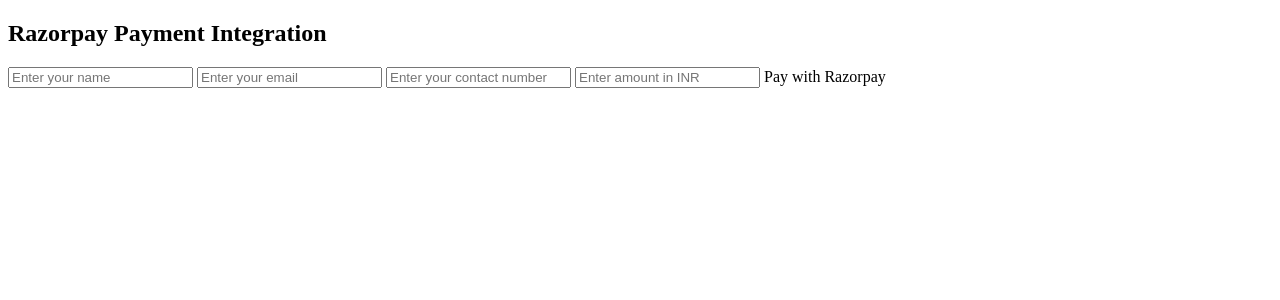
Repository: SharonSebastian32/razorpaypaymentgateway_implementation
Page: checkout.html
An editor plug-in stored every save of this project. The page is shown before and after a run of saves, followed by the edit.
The browser window is 1280 px wide. The pictures show the whole page.

Above is the page before, as saved 2024-08-08 18:53:16.

### checkout.html
<!DOCTYPE html>
<html lang="en">
  <head>
    <meta charset="UTF-8" />
    <meta name="viewport" content="width=device-width, initial-scale=1.0" />
    <title>Razorpay Payment Integration</title>
  </head>
  <body>
    <h2>Razorpay Payment Integration</h2>
    <form id="paymentForm">
      <input type="text" id="name" placeholder="Enter your name" required />
      <input type="email" id="email" placeholder="Enter your email" required />
      <input
        type="text"
        id="contact"
        placeholder="Enter your contact number"
        required
      />
      <input
        type="number"
        id="amount"
        placeholder="Enter amount in INR"
        required
      />
      <inpu
      <button id="rzp-button1" type="submit">Pay with Razorpay</button>
    </form>
    <script src="./paymentGateway.js"></script>
    <!-- Razorpay Script -->
    <script src="https://checkout.razorpay.com/v1/checkout.js"></script>
  </body>
</html>

### paymentGateway.js
document.getElementById("paymentForm").addEventListener("submit", function (e) {
  e.preventDefault();
  var name = document.getElementById("name").value;
  var email = document.getElementById("email").value;
  var contact = document.getElementById("contact").value;
  var amount = document.getElementById("amount").value * 100;
  // Convert amount to paise

  var options = {
    key: "rzp_test_gCzBTQcb92KH3e", // Enter the Key ID generated from the Dashboard
    amount: amount.toString(), // Amount in currency subunits (100 paise = 1 INR)
    currency: "INR",
    name: "Ozwalz Events",
    description: "Thank You for booking event with Ozwalz Events",
    image: "./assets/images/logo.png",

    handler: function (response) {
      // Handle the response from Razorpay after payment
      // You can redirect to another page or save the response to your database
    },
    prefill: {
      name: name,
      email: email,
      contact: contact,
    },
    notes: {
      description: "Thank You for booking event with Ozwalz Events",
    },
    theme: {
      color: "#red",
    },
  };

  var rzp1 = new Razorpay(options);
  rzp1.open();
});

After the next 4 saves:
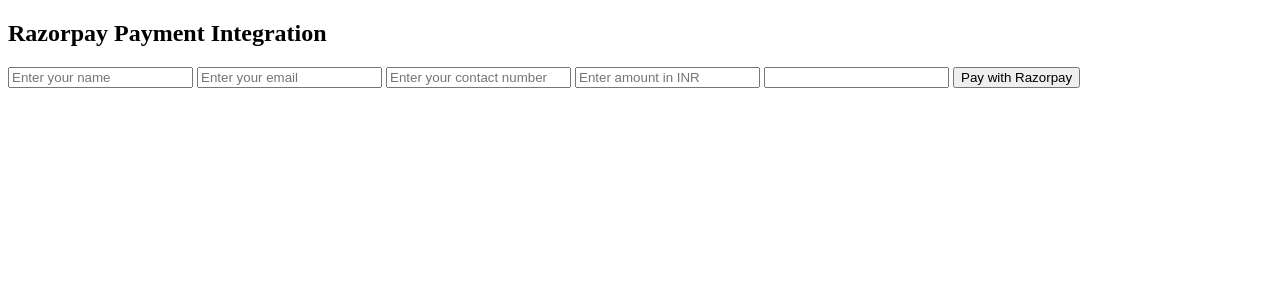
The 4 saves are shown as one change because they came seconds apart.
The last was saved 11 s later.
--- a/checkout.html
+++ b/checkout.html
@@ -22,7 +22,7 @@
         placeholder="Enter amount in INR"
         required
       />
-      <inpu
+    <input type="cho" name="" id="">
       <button id="rzp-button1" type="submit">Pay with Razorpay</button>
     </form>
     <script src="./paymentGateway.js"></script>
